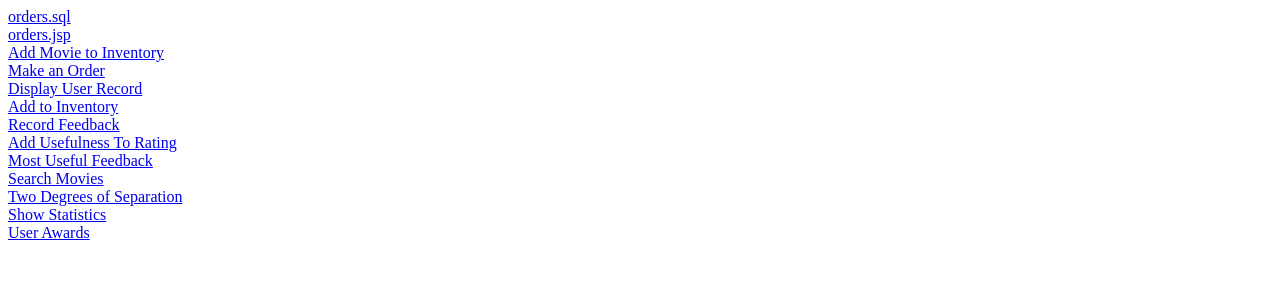
Repository: HyveMynd/cs5530
Page: http://localhost/public_html/options.jsp
An editor plug-in stored every save of this project. The page is shown before and after the next save, followed by the edit.
The browser window is 1280 px wide. The pictures show the whole page.
The page is served by Tomcat 9.

Above is the page before, as saved 2013-04-15 02:53:52.

After the next save:
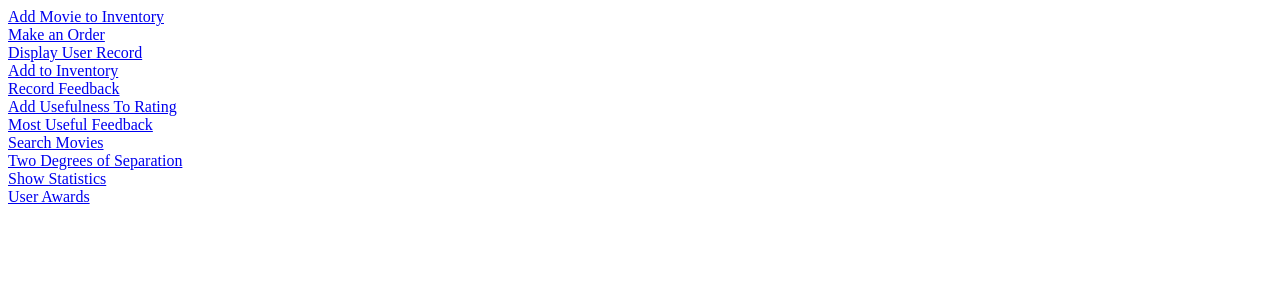
Saved 67 s later.
--- a/VideoWebStore/public_html/options.jsp
+++ b/VideoWebStore/public_html/options.jsp
@@ -6,8 +6,6 @@
 </head>
 
 <body>
-<a href="orders.sql">orders.sql</a><br>
-<a href="orders.jsp">orders.jsp</a><br>
 <a href="addnewmovie.jsp">Add Movie to Inventory</a><br>
 <a href="ordering.jsp">Make an Order</a><br>
 <a href="userrecord.jsp">Display User Record</a><br>
